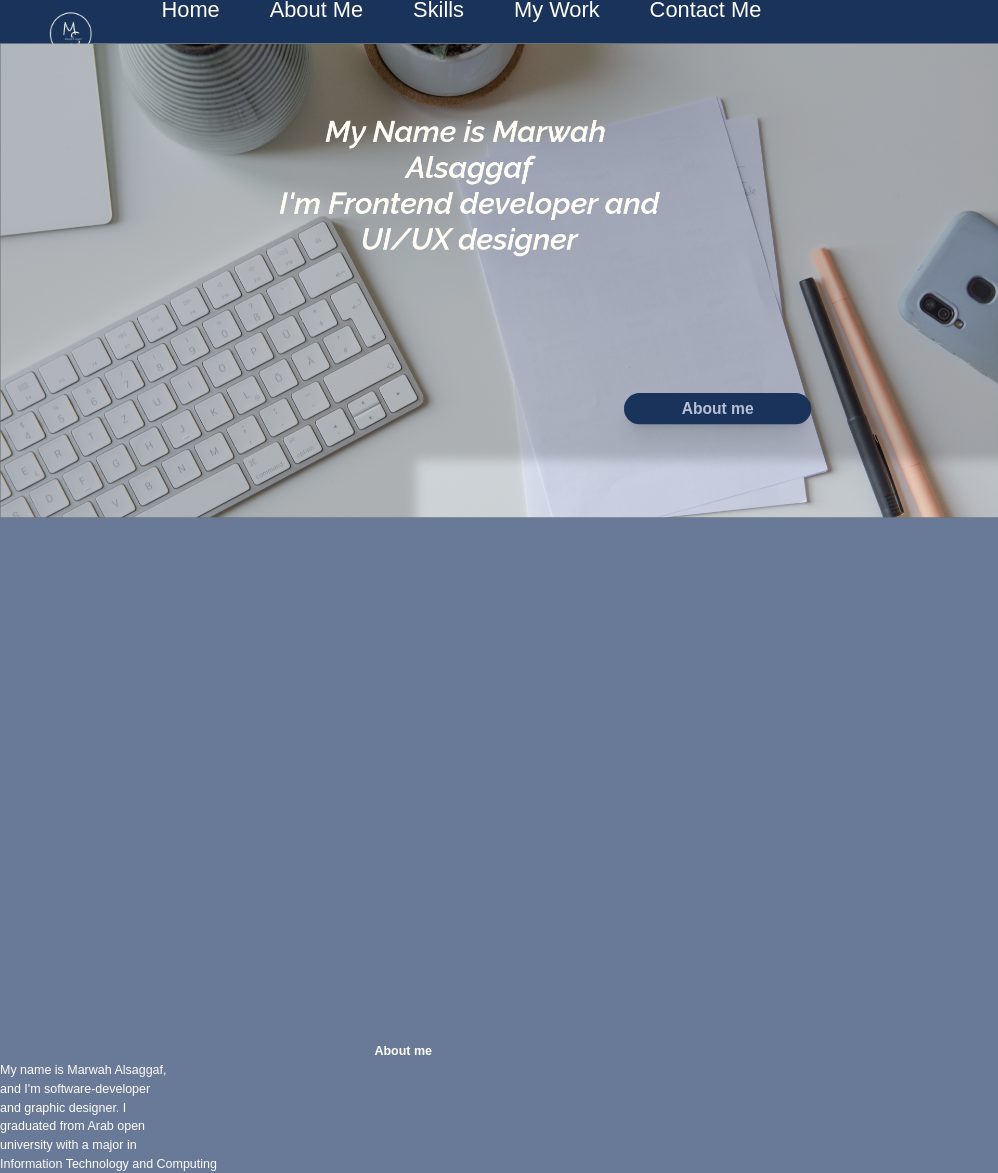
Repository: MEROO1010/my_portfolio
Page: /
An editor plug-in stored every save of this project. The page is shown before and after the next save, followed by the edit.
The browser window is 1280 px wide. The pictures show the whole page, at 78% of full size.
The project was rebuilt for these pictures with package versions that can differ from the ones it lists, and the page was loaded fresh each time. The framework's server and built-in components were replaced by stand-ins that run in the browser. Also part of the build but not shown: next.config.js.

Above is the page before, as saved 2023-03-10 02:28:59.

After the next save:
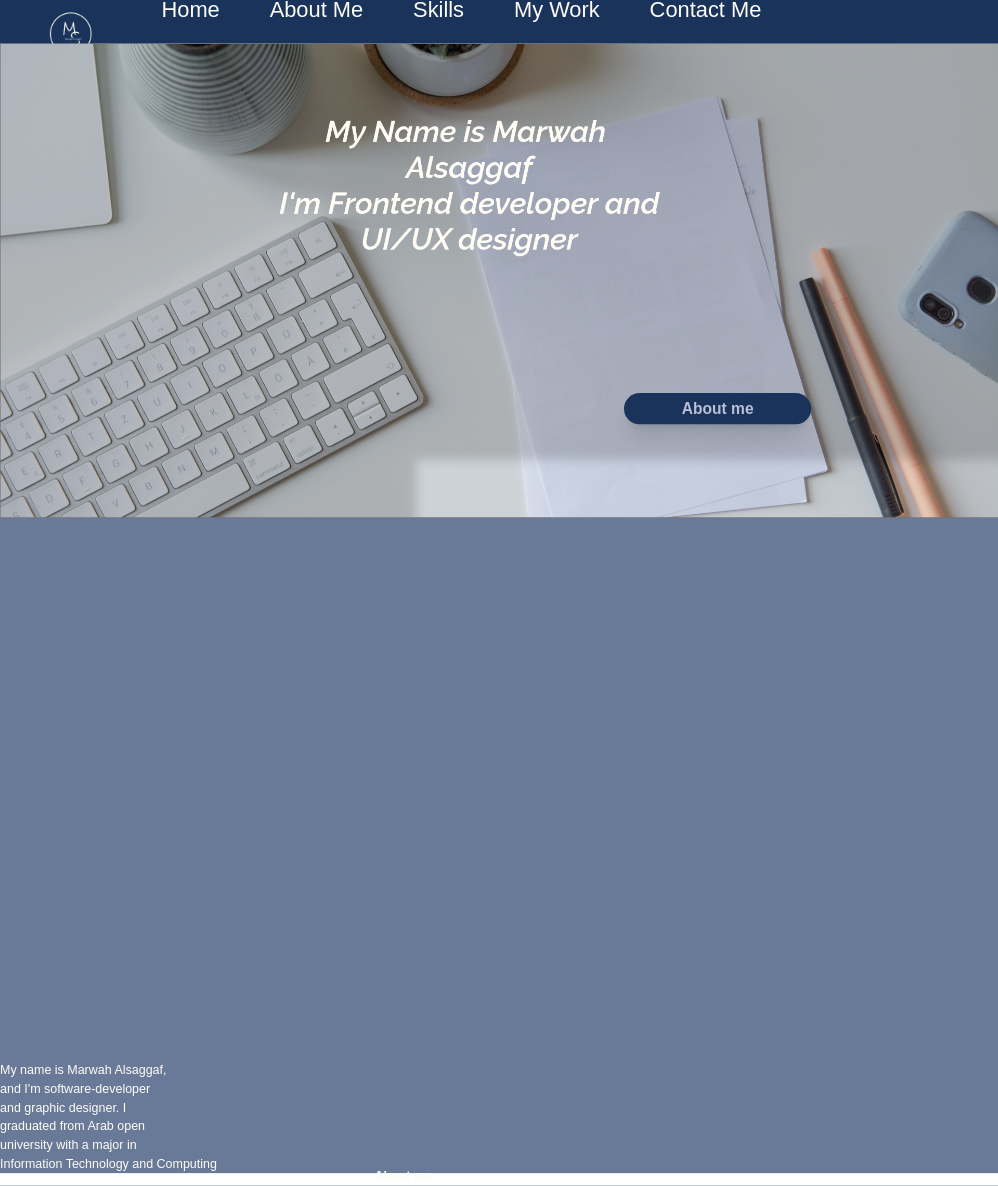
Saved 11 s later.
--- a/pages/components/AboutMe.tsx
+++ b/pages/components/AboutMe.tsx
@@ -12,7 +12,7 @@ const AboutMe = () => {
 
 
         <div className="text-[#FFFCF6] ">
-            <h1 className=" absolute mx-80 px-40 font-raleway font-bold ">About me</h1>
+            <h1 className=" absolute mx-80 my-40 px-40 font-raleway font-bold ">About me</h1>
             <br/>
             <p className='font-raleway font-italic'>
             My name is Marwah Alsaggaf,<br/> and I'm software-developer <br/>
